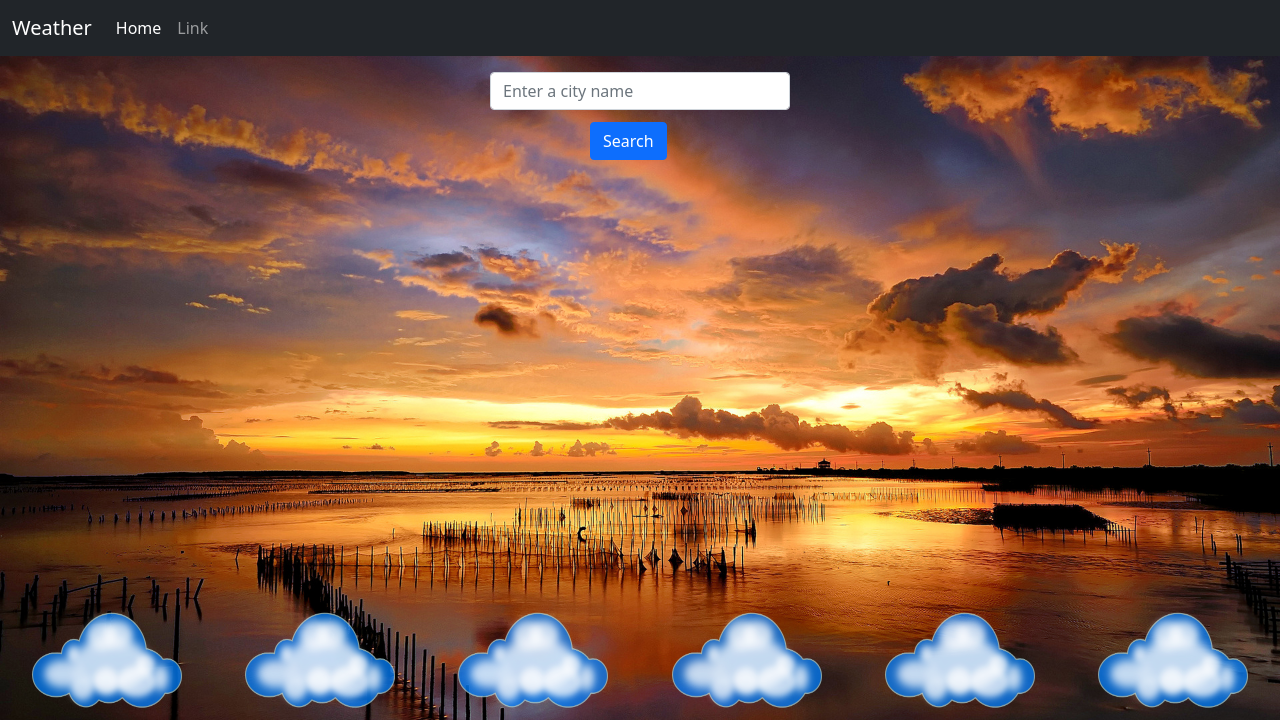
Repository: rohitbharti258/Project_Weather_finder
Page: index.html
These files come from the project's save history. The page is drawn as it stood at one moment and after the next save; the edit follows.
The browser window is 1280 px wide. The pictures show the whole page.

Above is the page before, as saved 2022-02-28 12:57:43.

### index.html
<!DOCTYPE html>
<html lang="en">

<head>
    <meta charset="UTF-8">
    <meta http-equiv="X-UA-Compatible" content="IE=edge">
    <meta name="viewport" content="width=device-width, initial-scale=1.0">
    <title>Weather App</title>
    <link rel="stylesheet" href="style.css">
    <link href="https://cdn.jsdelivr.net/npm/bootstrap@5.1.3/dist/css/bootstrap.min.css" rel="stylesheet"
        integrity="sha384-1BmE4kWBq78iYhFldvKuhfTAU6auU8tT94WrHftjDbrCEXSU1oBoqyl2QvZ6jIW3" crossorigin="anonymous">
</head>

<body>
    <nav class="navbar navbar-expand-lg navbar-dark bg-dark">
        <div class="container-fluid">
            <a class="navbar-brand" href="#">Weather</a>
            <button class="navbar-toggler" type="button" data-bs-toggle="collapse"
                data-bs-target="#navbarSupportedContent" aria-controls="navbarSupportedContent" aria-expanded="false"
                aria-label="Toggle navigation">
                <span class="navbar-toggler-icon"></span>
            </button>
            <div class="collapse navbar-collapse" id="navbarSupportedContent">
                <ul class="navbar-nav me-auto mb-2 mb-lg-0">
                    <li class="nav-item">
                        <a class="nav-link active" aria-current="page" href="#">Home</a>
                    </li>
                    <li class="nav-item">
                        <a class="nav-link" href="#">Link</a>
                    </li>
                </ul>
            </div>
        </div>
    </nav>
    <div class="cloud">
        <img src="./cloud.png" alt="" srcset="">
        <img src="./cloud.png" alt="" srcset="">
        <img src="./cloud.png" alt="" srcset="">
        <img src="./cloud.png" alt="" srcset="">
        <img src="./cloud.png" alt="" srcset="">
        <img src="./cloud.png" alt="" srcset="">
    </div>
    <div class="container my-3">
        <div class="form">
        <!-- <form class="row g-3 ">  -->
            <div class="col-auto" style="width: 300px;">
                <input type="text" class="form-control" id="inputPassword2" placeholder="Enter a city name">
            </div>
            <div class="col-auto">
                <button type="submit" class="btn btn-primary mb-3">Search</button>
            </div>
        <!-- </form> -->
        </div>
    <!-- </div> -->
    <div class="weatherBox">

    </div>
    </div>
    <script src="index.js"></script>
    <!-- <script src="https://cdn.jsdelivr.net/npm/@popperjs/core@2.10.2/dist/umd/popper.min.js"
        integrity="sha384-7+zCNj/IqJ95wo16oMtfsKbZ9ccEh31eOz1HGyDuCQ6wgnyJNSYdrPa03rtR1zdB"
        crossorigin="anonymous"></script>
    <script src="https://cdn.jsdelivr.net/npm/bootstrap@5.1.3/dist/js/bootstrap.min.js"
        integrity="sha384-QJHtvGhmr9XOIpI6YVutG+2QOK9T+ZnN4kzFN1RtK3zEFEIsxhlmWl5/YESvpZ13"
        crossorigin="anonymous"></script>
    <script type="module" src="https://unpkg.com/ionicons@5.5.2/dist/ionicons/ionicons.esm.js"></script>
    <script nomodule src="https://unpkg.com/ionicons@5.5.2/dist/ionicons/ionicons.js"></script> -->
</body>

<!-- // <img src="https://img.icons8.com/color/48/000000/wet.png"/>
// <img src="https://img.icons8.com/color/48/000000/partly-cloudy-day--v1.png"/>
// <img src="https://img.icons8.com/color/48/000000/rain--v2.png"/>  -->


</html>

### style.css
body {
    /* background:linear-gradient(180deg,#5959b3 0%,skyBlue 100%); */
    background: url("./img/bgimg.jpg");
    /* background: url("https://cdn.wallpapersafari.com/43/51/iQEfDy.jpg"); */
    background-repeat: no-repeat;
    background-size: cover;
    width: 100vw;
    height: 100vh;
}

.form {
    width: 300px;
    margin: 0 auto;
}
.cloud{
    display: flex;
    justify-content: space-around;
    align-items: center;
    position: absolute;
    bottom:10px;
    min-width:100%;
}
.cloud img{
    width:150px;
    height:100px;
}
.weatherBox {
    margin-left: 120px;
    width: 235px;
    height: 300px;
    margin: 0 auto;
    z-index: 1000;
}

.Box {
    display: flex;
    flex-direction: column;
    width: 100%;
    box-shadow: 0px 20px 20px rgba(255, 255, 255, 0.3);
    height: 100%;
    /* border:2px solid; */
    /* border-color: linear-gradient(red,blue); */
    border-radius: 10px;
}

.temp {
    margin-bottom: 15px;
    display: flex;
    justify-content: space-around;
    flex-direction: column;
    float: right;
    font-size: 13px;
    position: absolute;
    right: 40px;
    font-family: -apple-system, BlinkMacSystemFont, 'Segoe UI', Roboto, Oxygen, Ubuntu, Cantarell, 'Open Sans', 'Helvetica Neue', sans-serif;
}

.tempNow {
    text-align: center;
}

.minmax {
    display: flex;
    justify-content: center;
    /* display: none; */
}

.minmax :first-child {
    margin-right: 5px;
}

.cardBox {
    /* border: 2px solid red; */
    width: 100%;
    height: 100%;
    position: relative;
    display: flex;
    justify-content: center;
    align-items: center;
    z-index: 10;
    background: linear-gradient( 135deg, #2196f3, #00bcd4);
    /* border-radius: 20px; */
    /* border-bottom: 2px solid red; */
}

.content {
    width: 100%;
    height: 170px;
    /* border: 1px solid green; */
    /* border: 1px solid #009688; */
    /* border-radius: 20px; */
    border-top: none;
    padding: 30px;
    position: relative;
    backdrop-filter: blur(10px);
    background: linear-gradient( 45deg, black, transparent);
}


/* .content::before{
    content: "";
    position: absolute;
    top: -15px;
    width: 16px;
    left: -1px;
    z-index: 1;
    background: linear-gradient(45deg,black,transparent);
        backdrop-filter:blur(10px);
    height: 16px; */


/* } */


/* .content::after{
    content: "";
    position: absolute;
    top: -12px;
    width: 1px;
    right: -1px; background:#009688;
    height: 10px;
} */

.location {
    display: flex;
    justify-content: space-between;
}

.weather {
    display: flex;
    justify-content: space-between;
}

img {
    width: 22px;
    height: 22px;
}

span p {
    text-align: center;
}

.cardinfo {
    width: 350px;
    display: flex;
}

.date {
    position: absolute;
    top: 0;
    right: 10px;
}

.name {
    position: absolute;
    top: 0;
    left: 10px;
}

.cloudinfo img {
    width: 68px;
    height: 68px;
}

.cloudinfo p {
    font-size: 13px;
    color: rgb(15, 7, 7);
    text-align: center;
}

.content span {
    text-align: center;
}

span p {
    font-size: 10px;
    color: white;
    text-align: center;
    display: flex;
    flex-direction: column;
    align-items: center;
    margin: 0;
}

.form :nth-child(2) {
    margin: 12px auto;
    width: 100px;
}

### index.js
console.log("Weather app")
const btn = document.querySelector(".btn");
const input = document.querySelector(".form-control");
const api = "51d41d6f1c399b2abc7a3fcbfbb057c7";
const weatherBox = document.querySelector(".weatherBox")
let city = "";
const arr = ["Jan", "Feb", "Mar", "Apr", "May", "Jun", "Jul", "Aug", "Sep", "Oct", "Nov", "Dec"];
btn.addEventListener("click", (e) => {
    console.log(e);
    e.preventDefault();
    let str2 = ""
    city = input.value;
    console.log(city)
    input.value = ""
    const xhr = new XMLHttpRequest();
    xhr.open("GET", `https://api.openweathermap.org/data/2.5/weather?q=${city}&appid=${api}`, true);

    xhr.onload = function() {
        let obj = JSON.parse(this.responseText);
        console.log(obj.cod)
        if (obj.cod === 429) {
            str2 += obj.message;
            weatherBox.innerHTML = str2;
        } else
        if (this.status == 200) {

            let ob = [];
            // console.log(ob.push(...obj))/
            let cardbox = document.querySelector(".cardBox");
            let content = document.querySelector(".content")
            str = "";
            str2 = "";
            let sunrise = displayEndtime(obj.sys.sunrise);
            let sunset = displayEndtime(obj.sys.sunset);
            let date = displayDay();
            let c = `&#8451`;
            if (obj.cod == "404") {

            } else {
                str += `
            <div class="Box">
                <div class="cardBox">
                    <div class="cloudinfo">
                      <img src=${"./img/"}${obj.weather[0].main}${".png"}>
                      <p>${obj.weather[0].main}${" | "}${"Feels like "}${(obj.main.feels_like-273).toFixed(0)}${c}</p>
                    </div>
                    <div class="name">
                       <span>${obj.name}${" ,"}${obj.sys.country}</span>
                    </div>
                    <div class="date">
                       <p>${date}</p>
                    </div>
                    <div class="temp">
                        <span class="tempNow">${(obj.main.temp -273.15).toFixed(0)}${c}</span>
                        <div class="minmax">
                           <span class="mintemp">${(obj.main.temp_min-273.15).toFixed(0)}${c}</span>
                           <span class="maxtemp">${(obj.main.temp_max-273.15).toFixed(0)}${c}</span>
                        </div>
                    </div>
                </div>
                <div class="content">
                    <div class="weather">
                        <span class="humidity"><img src="./img/blur.png"/>
                           <p>${obj.main.humidity}${"%"}</p>
                           <p>Humidity</p>
                        </span>
                        <span class="wind"><img src="./img/wind.png"/>
                           <p>${obj.wind.speed}${"m/s"}</p>
                           <p>Wind</p>
                        </span>
                        <span class="sunrise"> <img src="./img/sunrise.png"/>
                           <p>${sunrise}</p>
                           <p>Sunrise</p>
                        </span>
                    </div>
                    <div class="location">
                        <span class="lat">  <img src="./img/latitude.png"/>
                          <p>${obj.coord.lat.toFixed(2)}</p>
                          <p>Latitude</p>
                        </span>
                        <span class="lon"> <img src="./img/longitude.png"/>
                          <p>${obj.coord.lon.toFixed(2)}</p><p>Longitude</p></span>
                        <span class="sunrise"><img src="./img/sunset.png"/>
                          <p>${sunset}</p>
                          <p>Sunset</p>
                        </span>
                    </div>
                </div>
            </div>`;
                weatherBox.innerHTML = str;
                // console.log(str);
            }
        } else {
            console.log("error");
            str2 += "City not found";
            weatherBox.innerHTML = str2;
        }
    }
    xhr.send();
});

function displayEndtime(tstamp) {
    const end = new Date(tstamp);

    const hour = end.getHours();
    const min = end.getMinutes();
    const dis = `${hour > 12 ? hour - 12 : hour}:${min < 10 ? "0" : ""}${min}`;
    return dis;
}

function displayDay() {
    const end = new Date();

    const date = end.getDate();
    const mon = end.getMonth();
    const dis = `${arr[mon]}${","}${date}`;
    return dis;
}

After the next save:
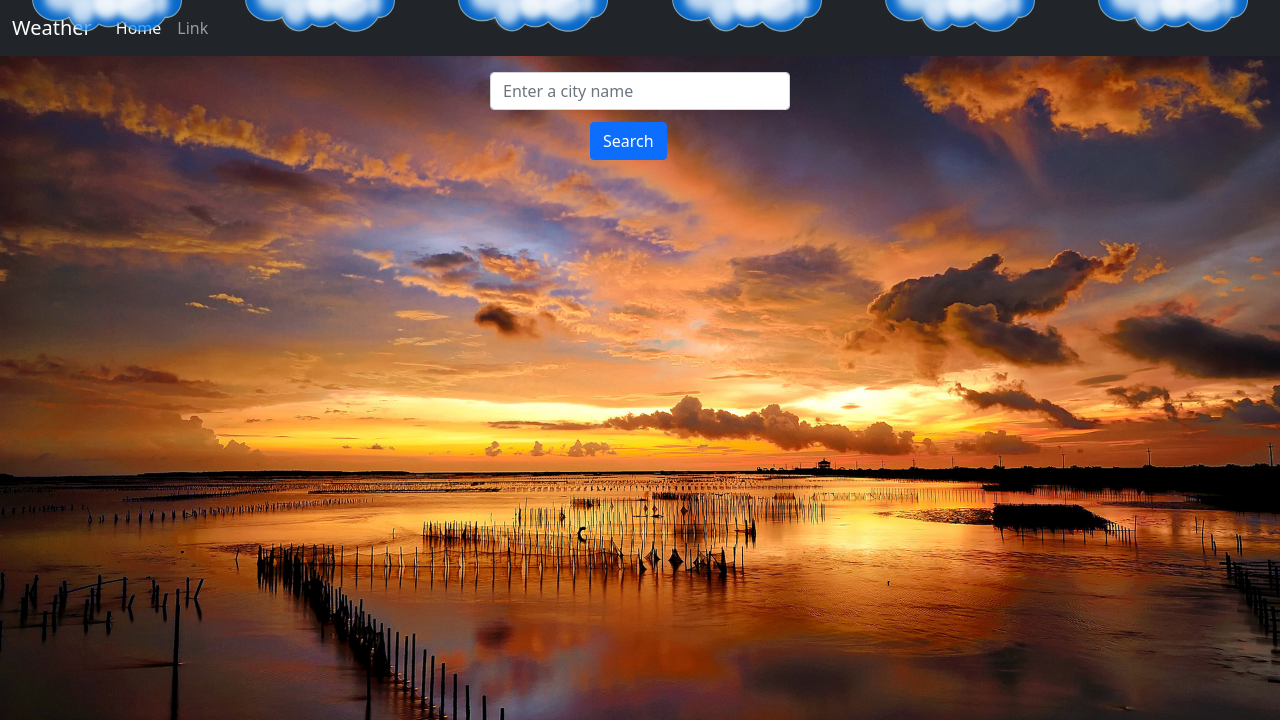
Saved 74 s later.
--- a/style.css
+++ b/style.css
@@ -19,6 +19,15 @@ body {
     position: absolute;
     bottom:10px;
     min-width:100%;
+    animation: cloud 7s linear infinite;
+}
+@keyframes cloud {
+    0%{
+        bottom: -100px;
+    }
+    100%{
+        bottom:1000px;
+    }
 }
 .cloud img{
     width:150px;
